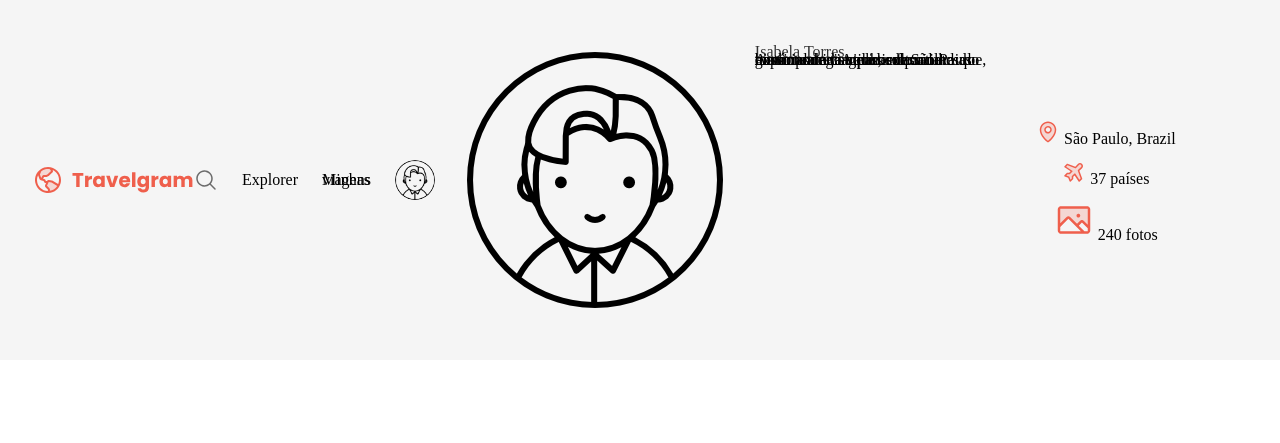
Repository: JeffRodFer/projeto-Travelgran-Rockeseat
Page: index.html
These files come from the project's save history. The page is drawn as it stood at one moment and after the next save; the edit follows.
The browser window is 1280 px wide. The pictures show the whole page.

Above is the page before, as saved 2025-03-22 16:17:17.

### index.html
<!DOCTYPE html>
<html lang="pt-br">
    <head>

        <link rel="preconnect" href="https://fonts.googleapis.com">
        <link rel="preconnect" href="https://fonts.gstatic.com" crossorigin>
        <meta charset="UTF-8">
        <meta name="viewport" content="width=device-width, initial-scale=1.0">
        <title>travelgran | Perfil de viagens</title>
        <link rel="stylesheet" href="styles/index.css">
        <link href="https://fonts.googleapis.com/css2?family=Bree+Serif&family=Poppins:wght@400;700&display=swap" rel="stylesheet">

    </head>
    <body>
         <div class="bg-surface-color">
                <nav class="container">
                        <a href="#" id="logo">
                        <img src="assets/Logo.svg" alt="logomarca">
                        </a>
                    <ul id="primary-menu">
                        <li>
                            <a href="#">
                                <img src="assets/icons/MagnifyingGlass.svg" alt="ícone de lupa">
                            </a>
                        </li>
                        <li><a href="#">Explorer</a></li>
                        <li><a href="#">Minhas viagens</a></li>
                        <li><a href="#">
                            <img src="assets/profi-pic-2.png" alt="foto de perfil do boy">
                            </a>
                        </li>
                    </ul
                </nav>


                <header class="bg-surface-color">
                    <div class="container">
                        <div id="profile">
                            <img src="assets/profi-pic-2.png" alt="imagem do boy">
                             <div>
                                    <h1>Isabela Torres</h1>
                                    <p>
                                        Amante de viagens, cultura e gastronomia. Aqui compartilho as histórias registradas em cada clique, explorando cantinhos fascinates do nosso planeta a partir da movimentada cidade de São Paulo.
                                    </p>
                             </div>
                        </div>
                            <ul id="info">
                                <li>
                                    <img src="assets/icons/MapPin.svg" alt="ícone de mapa">
                                    <span>São Paulo, Brazil</span>
                                </li>
                                <li>
                                    <img src="assets/icons/AirplaneTilt.svg" alt="ícone de avião">
                                    <span>37 países</span>
                                </li>
                                <li>
                                    <img src="assets/icons/Image.svg" alt="ícone de fotos">
                                    <span>240 fotos</span>
                                </li>
                            </ul>
                    </div>
                </header>
        </div>
    </body>


</html>

### styles/global.css
* {
    margin: 0;
    padding: 0;
    box-sizing: border-box;
}
:root {
--brand-color: #ef5f4c;
--background-color: #ffffff;
--surface-color: #f5f5f5;
--skeleton-color: #d9d9d9;
--shape-transparent: #ffffff8f;
--text-color-primary: #313131;
--text-color-secondary: #6c6c6c:

--font-family: "Poppins" , sans-serif;
--text-lg: bold 32px/125% var(--font-family);
--text: 16px/1.5 var(--font-family);
--text-md: 14px/170% var(--font-family);
--text-sm: 12px/170% var(--font-family);

}
body {
    font: var(--text);
    color: var(--text-color-secondary);
    background-color: var(--background-color);
}
a {
    text-decoration: none;
    color: inherit;
}
a:hover {
    color: var(--brand-color);
    text-decoration: underline;
}

.container {
    padding-inline: 32px;
    margin-inline: auto;
}

.bg-surface-color {
    background-color: var(--surface-color);
}

### styles/nav.css
nav {
    display: flex;
    justify-content: space-between;
    align-items: center;

    line-height: 0;
    padding-block: 20px;

}

nav ul {
    display: flex;
    list-style: none;
    align-items: center;
    gap: 24px;

    padding-block: 8px;;
}

nav ul li:last-child img {
    width: 40px;
    height: 40px;
    object-fit: cover;
    border-radius: 50%;
}

### styles/header.css
header {
    padding-block: 32px;
}

header .container {
    display: flex;
    justify-content: space-between;
    align-items: center;
}

#profile {
    display: flex;
    gap: 32px;
}

#profile > div {
    max-width: 384px;
}

#profile h1 {
    font: var(--text-lg);
    color: var(--text-color-primary);
    margin-bottom: 8px;
}

#profile p {
    font: var(--text-md);
}

#info {
    display: flex;
    flex-direction: column;
    gap: 16px;

    width: 280px;

#info li {
    display: flex;
    align-items: center;
}

Loaded but not shown: styles/index.css (common file)

After the next save:
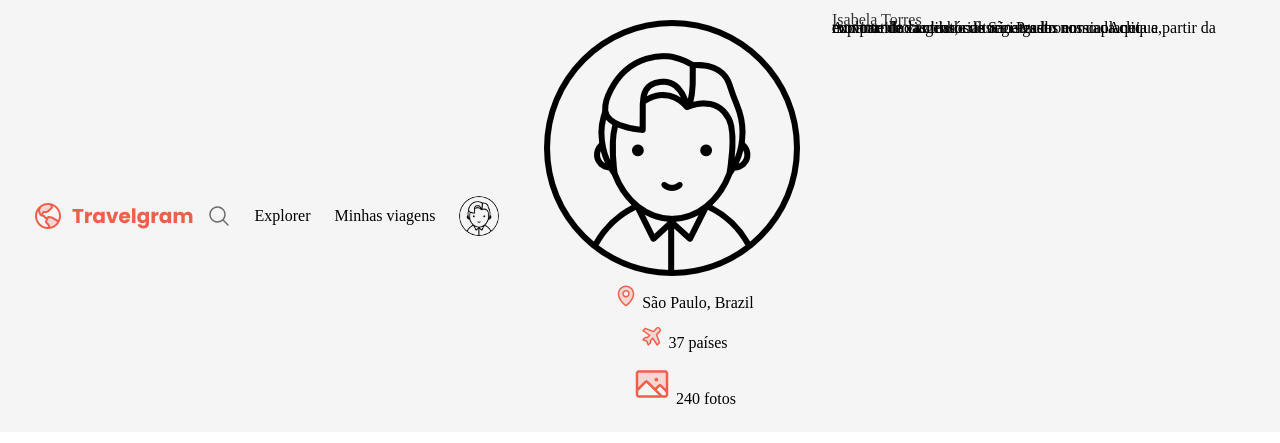
Saved 49 s later.
--- a/index.html
+++ b/index.html
@@ -33,7 +33,7 @@
                 </nav>
 
 
-                <header class="bg-surface-color">
+                <header">
                     <div class="container">
                         <div id="profile">
                             <img src="assets/profi-pic-2.png" alt="imagem do boy">

After the save that followed:
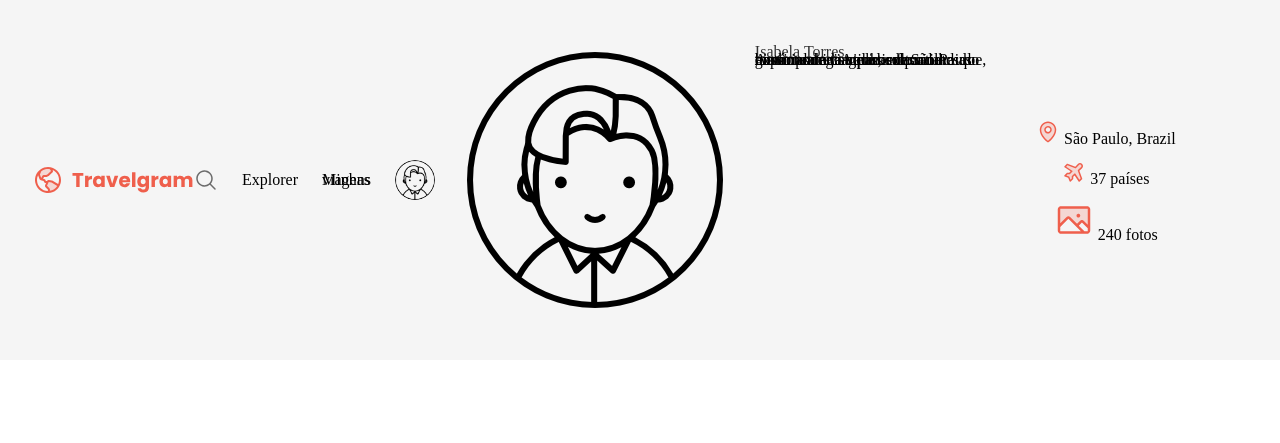
Saved 6 s later.
--- a/index.html
+++ b/index.html
@@ -33,7 +33,7 @@
                 </nav>
 
 
-                <header">
+                <header>
                     <div class="container">
                         <div id="profile">
                             <img src="assets/profi-pic-2.png" alt="imagem do boy">
